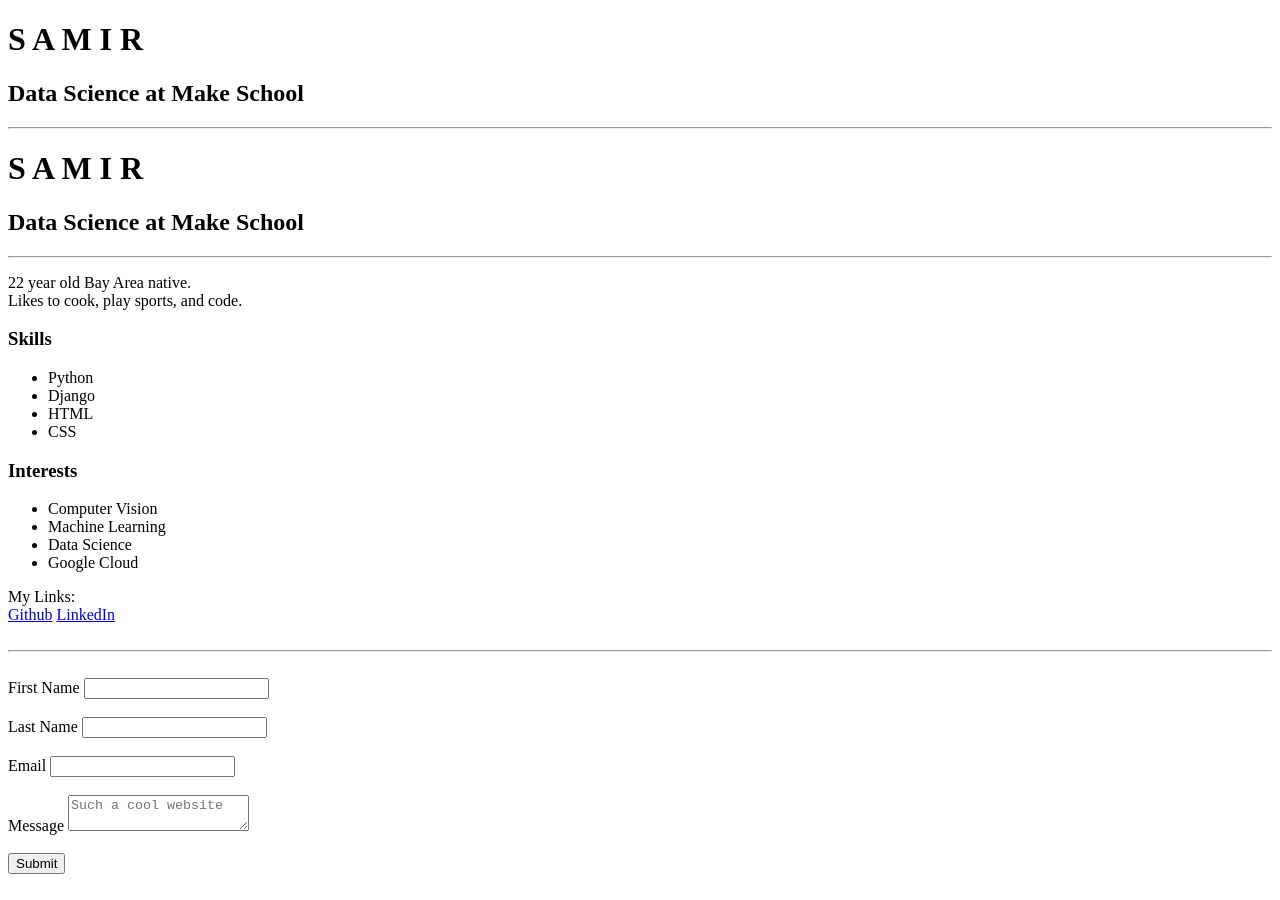
Repository: SamirIngley/html-semantic
Page: index.html
An editor plug-in stored every save of this project. The page is shown before and after the next save, followed by the edit.
The browser window is 1280 px wide. The pictures show the whole page.

Above is the page before, as saved 2020-01-23 11:04:24.

After the next save:
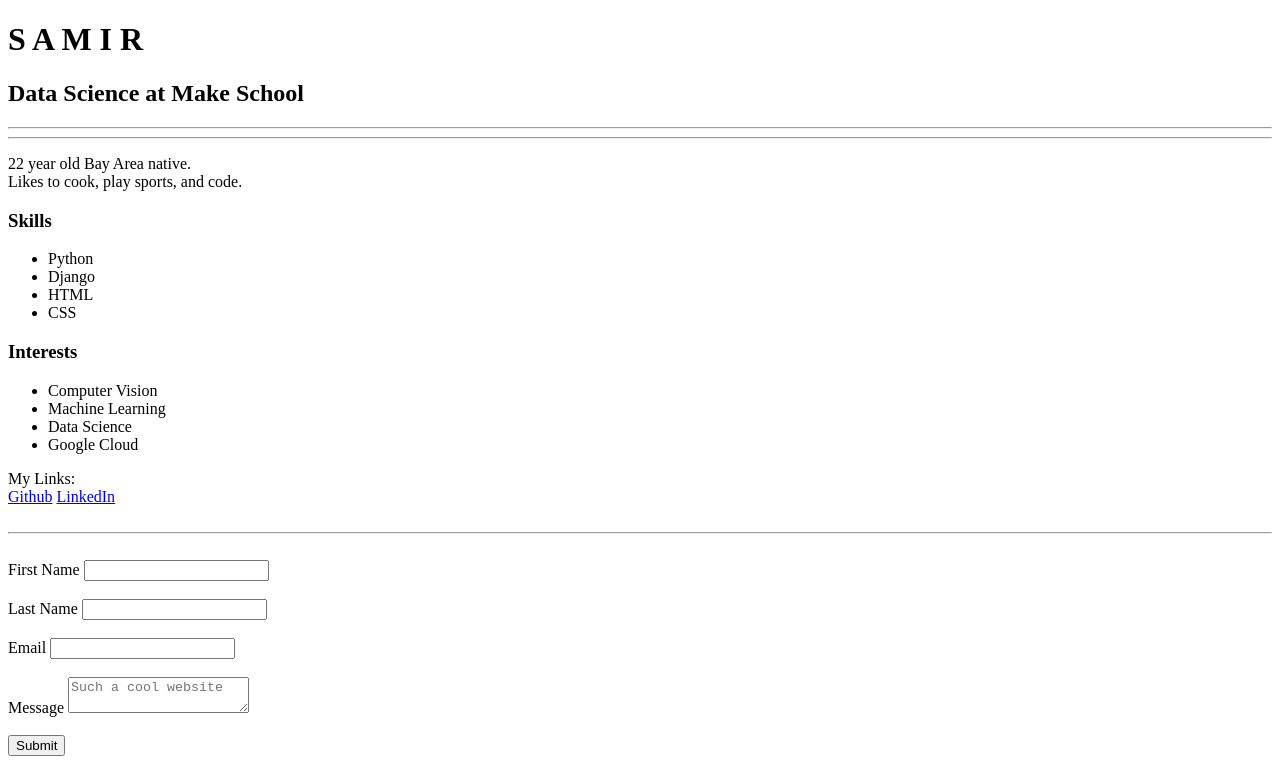
Saved 6 s later.
--- a/index.html
+++ b/index.html
@@ -45,9 +45,6 @@ header -> navbar, main, footer-->
         </main>
 
         <hr>
-        <h1>S A M I R</h1>
-
-        <h2><b>Data Science</b> at Make School</h2>
         <hr>
 
         <article>

After the save that followed:
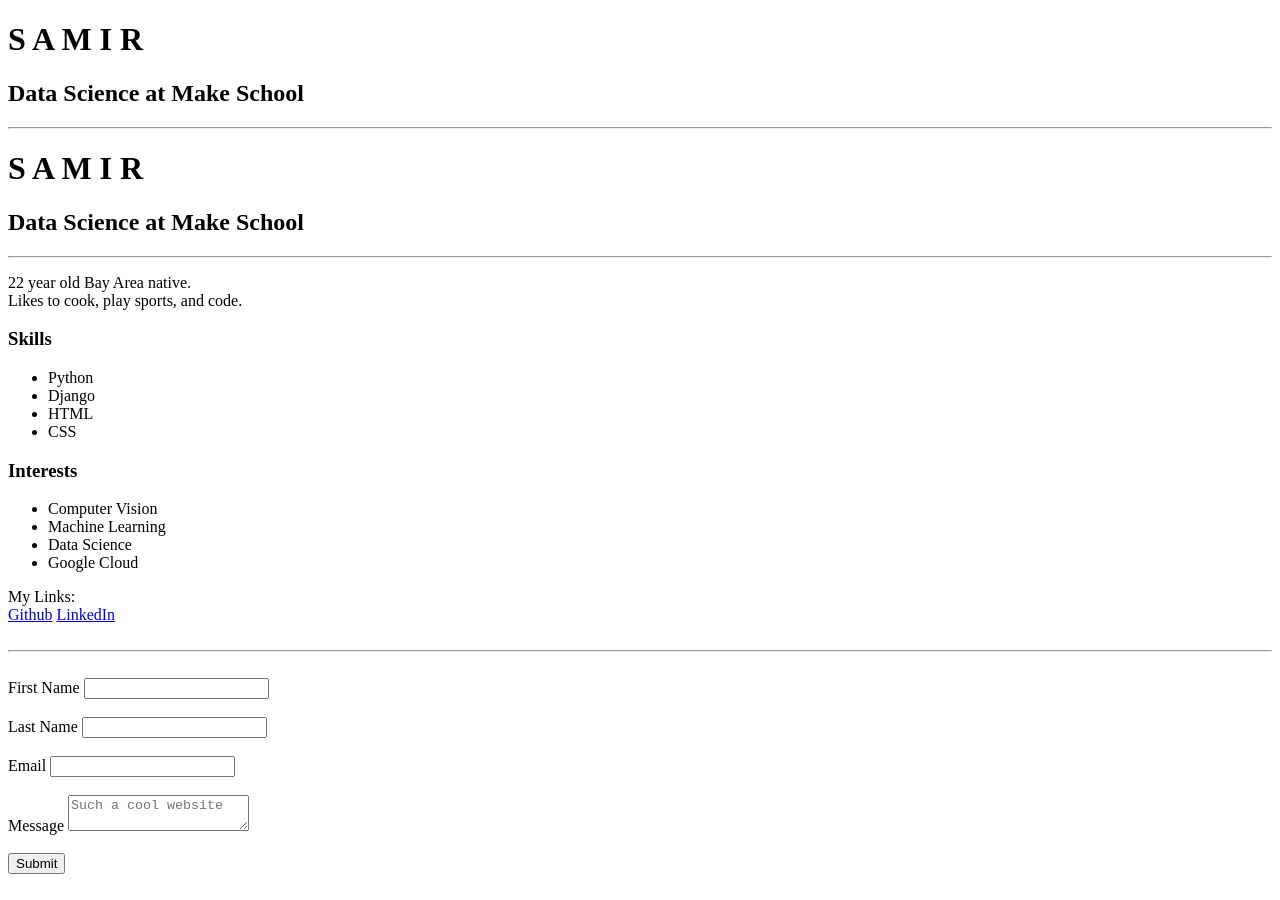
Saved 22 s later.
--- a/index.html
+++ b/index.html
@@ -45,6 +45,8 @@ header -> navbar, main, footer-->
         </main>
 
         <hr>
+        <h1>S A M I R</h1>
+        <h2><b>Data Science</b> at Make School</h2>
         <hr>
 
         <article>
